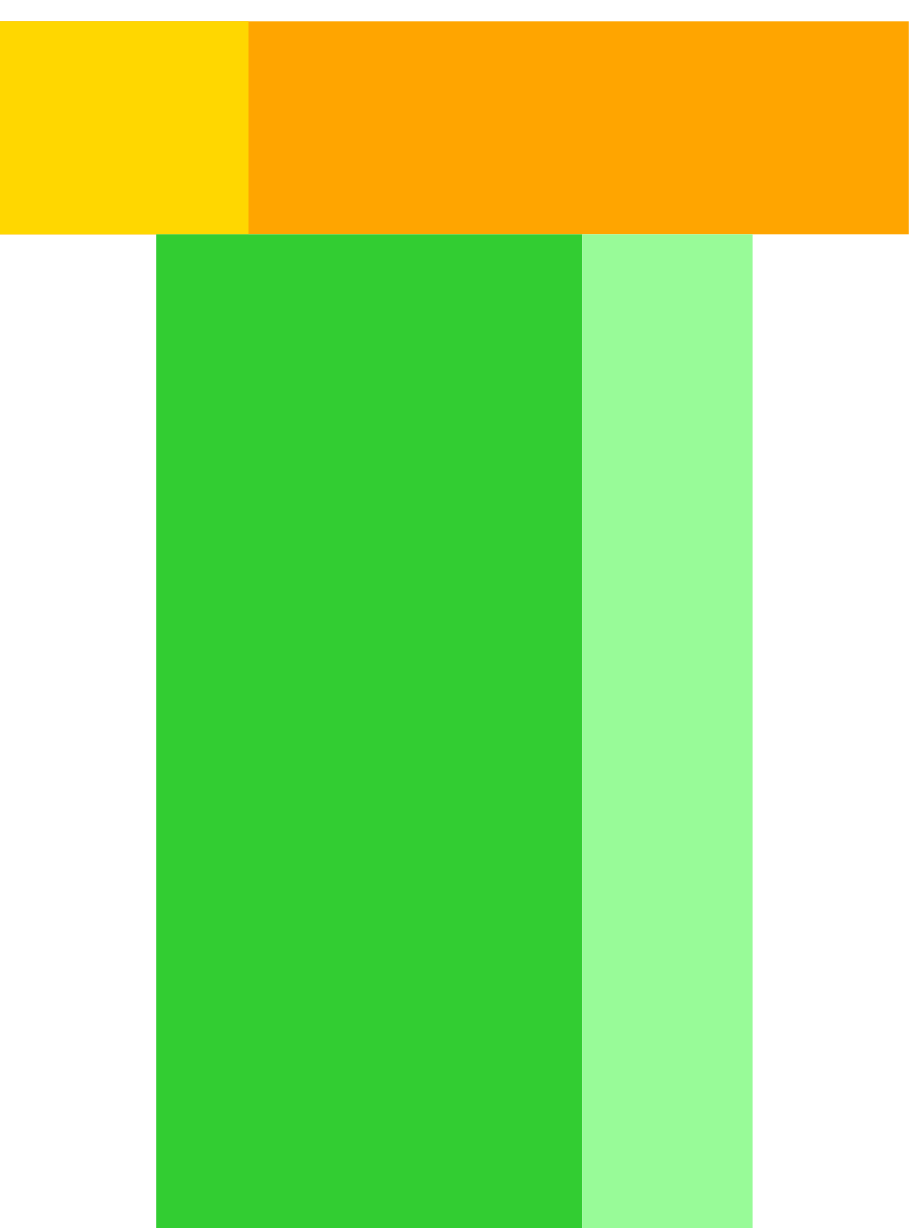
Repository: sutanuki/webcamp
Page: html,css/caravan/index.html
The author's editor kept a record of every edit. The page is drawn from the files as they stood at one moment, then again after the next edit.
The browser window is 1280 px wide. The pictures show the whole page, at 71% of full size.

Above is the page before.

### html,css/caravan/index.html
<!DOCTYPE html>
<html lang="ja">
  <head>
    <meta charset="UTF-8" />
    <link rel="stylesheet" href="style.css" />
    <title>CARAVAN</title>
  </head>
  <body>
    <header>
      <div class="header-top"></div>
      <div class="header-bottom"></div>
    </header>
    <div class="main-visual">
      <div class="main-visual-content"></div>
    </div>
    <div class="main">
      <div class="blog"></div>
      <div class="sidebar"></div>
    </div>
    <div class="footer"></div>
  </body>
</html>

### html,css/caravan/style.css
* {
  margin: 0;
  padding: 0;
  box-sizing: border-box;
}
header {
  width: 90%;
  margin: 0 auto;
  padding: 15px 0;
}
.main-visual {
  width: 100%;
  height: 300px;
  background-color: orange;
}
.main-visual-content {
  width: 350px;
  height: 300px;
  background-color: gold;
}
.main {
  width: 840px;
  display: flex;
  justify-content: center;
  margin: 0 auto;
}
.blog {
  width: 600px;
  height: 1400px;
  background-color: limegreen;
}
.sidebar {
  width: 240px;
  height: 1400px;
  background-color: palegreen;
}
footer {
  width: 100%;
  height: 120px;
  background-color: blue;
}

After the next edit:
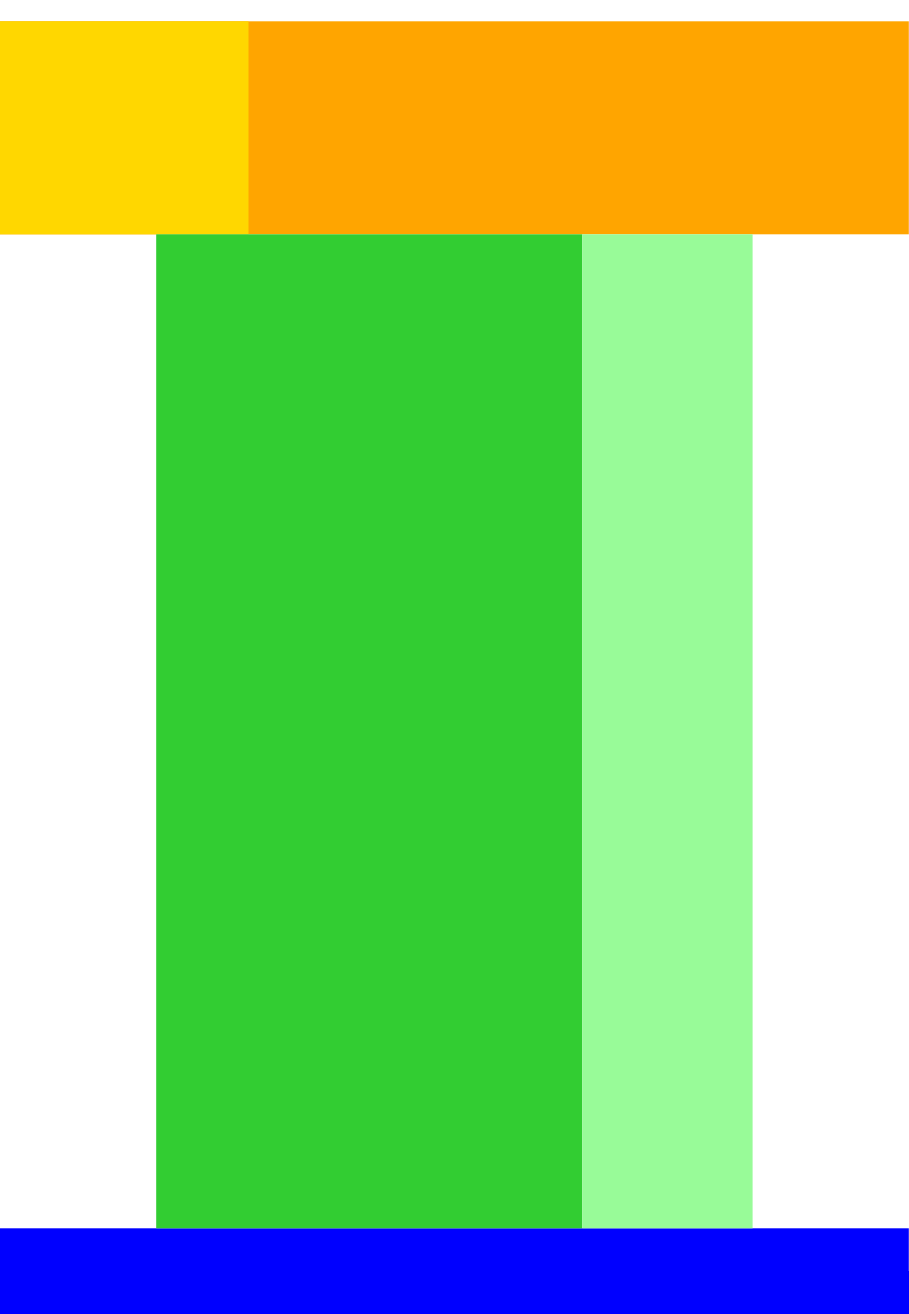
The edit:
--- a/html,css/caravan/index.html
+++ b/html,css/caravan/index.html
@@ -17,6 +17,6 @@
       <div class="blog"></div>
       <div class="sidebar"></div>
     </div>
-    <div class="footer"></div>
+    <footer></footer>
   </body>
 </html>
